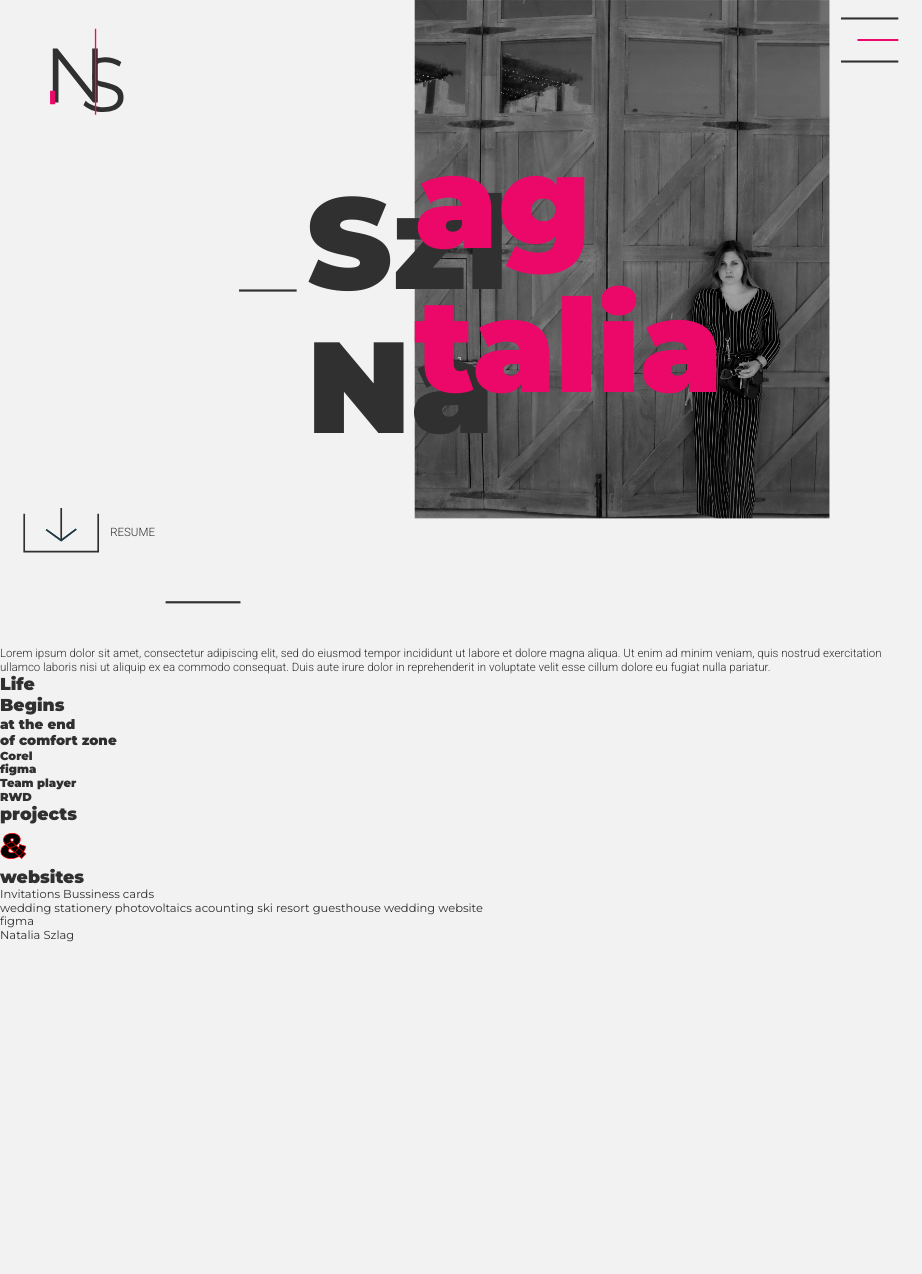
Repository: nataliaszlag/portfolio3
Page: index.html
An editor plug-in stored every save of this project. The page is shown before and after the next save, followed by the edit.
The browser window is 1280 px wide. The pictures show the whole page, at 72% of full size.
The style sheet was rebuilt from its Sass, Less or Tailwind sources for each picture, by a compiler version that may differ from the author's.

Above is the page before, as saved 2020-09-26 20:18:29.

### index.html
<!DOCTYPE html>
<html lang="en">
<head>
    <meta charset="UTF-8">
    <meta name="viewport" content="width=device-width, initial-scale=1.0">
    <title>Portfolio</title>
    <link rel="stylesheet" href="/css/style.css">
    <link href="https://fonts.googleapis.com/css2?family=Montserrat:wght@300;400;600;900&family=Roboto:wght@300&display=swap" rel="stylesheet">
<body>
    <img><img class="hero-img"src="/img/img-hero.JPG" alt="zdj"><h1 class="h1-name-2 clr-prim">ag<br>talia</h1></div>
    <header class="hero">
        <nav>
            <logo class="logo">
                <svg width="202" height="202" viewBox="0 0 202 202" fill="none" xmlns="http://www.w3.org/2000/svg">
                    <path d="M111.707 131.661C106.15 131.661 100.822 130.771 95.7284 128.989C90.6331 127.207 86.6957 124.857 83.9163 121.934L87.0156 115.841C89.7232 118.549 93.3219 120.742 97.8117 122.416C102.302 124.091 106.933 124.927 111.707 124.927C118.407 124.927 123.43 123.699 126.779 121.239C130.128 118.781 131.805 115.592 131.805 111.673C131.805 108.68 130.895 106.292 129.078 104.511C127.26 102.729 125.035 101.357 122.397 100.396C119.76 99.4333 116.091 98.3831 111.387 97.2422C78.7372 90.0157 110.659 55.7886 98.6857 58.3337C92.9473 59.5532 105.322 55.7647 113.312 55.5543C117.586 55.4414 121.773 56.1427 125.871 57.3177C129.969 58.4945 133.513 60.116 136.506 62.1821L133.835 68.4884C130.7 66.4223 127.351 64.8726 123.786 63.8395C120.223 62.8047 116.732 62.3344 113.312 62.2882C95.5796 62.0521 91.8988 81.0702 103.104 87.2483C105.649 88.6525 109.535 89.2614 114.167 90.4023C119.654 91.7552 124.089 93.091 127.474 94.4098C130.859 95.7285 133.727 97.7228 136.079 100.396C138.431 103.068 139.607 106.684 139.607 111.245C139.607 115.022 138.591 118.46 136.561 121.561C134.529 124.66 131.411 127.118 127.207 128.936C123.003 130.753 117.837 131.661 111.707 131.661Z" fill="#303030"/>
                    <path d="M103.826 43.3881V118.212H97.3055L49.2035 57.4973V118.212H41.2945V43.3881H47.8146L96.0226 104.103V43.3881H103.826Z" fill="#303030"/>
                    <path fill-rule="evenodd" clip-rule="evenodd" d="M99.789 135.296V16.0728H101.621V135.296H99.789Z" fill="#EC0868"/>
                    <path fill-rule="evenodd" clip-rule="evenodd" d="M37.5521 120.721L37.5538 101.949L44.6315 101.956V120.726L37.5521 120.721Z" fill="#EC0868"/>
                    </svg>


            </logo>
            <ul class="navbar">
                <svg class="hamburger"width="80" height="63" viewBox="0 0 80 63" fill="none" xmlns="http://www.w3.org/2000/svg">
                    <g  class="line-menu-1"><line y1="1.5" x2="80" y2="1.5" stroke="#303030" stroke-width="3"/></g>
                    <g class="line-menu-2"><line y1="61.5" x2="80" y2="61.5" stroke="#303030" stroke-width="3"/></g>
                    <line x1="23" y1="31.5" x2="80" y2="31.5" stroke="#EC0868" stroke-width="3"/>
                    </svg>

                <li class="nav-list"><a href ="#">ABOUT</a></li>
                <li class="nav-list"><a href ="#">PORTFOLIO</a></li>
                <li class="nav-list"><a href ="#">CONTACT</a></li>
            </ul>
        </nav>
        <div class="flex">
            <div class="line-1"></div>
            <h1 class="h1-name">Szl<br>Na</h1>
        </div>
        <div class="resume">
            <icon class="resume-icon">
                <svg width="106" height="63" viewBox="0 0 106 63" fill="none" xmlns="http://www.w3.org/2000/svg">
                    <path d="M1.60553 8.5282V61.0716H104.395V8.5282" stroke="#303030" stroke-width="2.36" stroke-miterlimit="22.9256"/>
                    <path d="M53 0.473083V45.5269" stroke="#303030" stroke-width="2.36" stroke-miterlimit="22.9256"/>
                    <path d="M32.1326 30.6015L52.9999 45.5269L73.8673 29.8981" stroke="#00A0E3" stroke-width="2.36" stroke-miterlimit="22.9256"/>
                    <path d="M32.1326 30.6015L52.9999 45.5269L73.8673 29.8981" stroke="#303030" stroke-width="2.36" stroke-miterlimit="22.9256"/>
                    </svg>
            </icon>
            <p class="resume-p">RESUME</p>
            <div class="line-2"></div>
        </div>
    </header>
    <main>
        <article class="main-page">

            <div class="arrow">
                <svg>
                </svg>
            </div>
    </article>
        <article class="about">
            <div class="about-flex">
                <p class="about-p">
                    Lorem ipsum dolor sit amet, consectetur adipiscing elit, sed do eiusmod tempor incididunt ut labore et dolore magna aliqua. Ut enim ad minim veniam, quis nostrud exercitation ullamco laboris nisi ut aliquip ex ea commodo consequat. Duis aute irure dolor in reprehenderit in voluptate velit esse cillum dolore eu fugiat nulla pariatur.
                </p>
        </div>
            <div class="about-flex">
                <h2 class="about-primary">Life</h2>
                <h2 class="about-secondary">Begins</h2>
                <h3 class="about-terciary">at the end<br>of comfort zone</h3>
        </div>
            <div class="about-flex">
                <div class="vector"></div>
        </div>
            <div class="about-flex">
                <h4 class="stat">Corel</h4>
                <div class="stat-bar">
                <div class="bar"></div>
                <div class="bar"></div>
                <div class="bar"></div>
                <div class="bar"></div>
                <div class="bar"></div>
            </div>
            <h4 class="stat">figma</h4>
                <div class="stat-bar">
                <div class="bar-1"></div>
                <div class="bar-2"></div>
                <div class="bar-3"></div>
                <div class="bar-4"></div>
                <div class="bar-5"></div>
            </div>
            <h4 class="stat">Team player</h4>
                <div class="stat-bar">
                <div class="bar-1"></div>
                <div class="bar-2"></div>
                <div class="bar-3"></div>
                <div class="bar-4"></div>
                <div class="bar-5"></div>
            </div>
            <h4 class="stat">RWD</h4>
                <div class="stat-bar">
                <div class="bar-1"></div>
                <div class="bar-2"></div>
                <div class="bar-3"></div>
                <div class="bar-4"></div>
                <div class="bar-5"></div>
            </div>
        </div>
    </article>

    <article class="portfolio">
        <h2 class="portfolio-primary">projects<br></h2>
        <h2 class="portfolio-ampersand">&</h2>
        <h2 class="portfolio-secondary">websites</h2>

        <div class="projects-flex">
            <div class="project-gallery">
                <a href="https://www.kraftdesign.pl" target="_blank" class="link">Invitations</a>
                <a href="#gallery" class="link">Bussiness cards</a>
            </div>
            <div class="project-links">
                <a href="https://www.kraftdesign.pl" target="_blank" class="link">wedding stationery</a>
                <a href="https://www.cellinstalacje.pl" class="link" target="_blank" >photovoltaics</a>
                <a href="https://www.cellsksiegowosc.pl" class="link" target="_blank">acounting</a>
                <a href="https://www.masterski.pl" class="link" target="_blank">ski resort</a>
                <a href="https://www.tylicznoclegi.pl" class="link" target="_blank">guesthouse</a>
                <a href="https://www.pobieramysie.info" class="link" target="_blank">wedding website</a>
            </div>
            <div class="project-display">
                figma
            </div>
        </div>
    </article>

    <article class="contact">
        <div class="square">
            <div class="socials">
                <div class="social-info"></div>
                <div class="social-info"></div>
            </div>
            <div class="svg-animate">Natalia Szlag</div>
        </div>

        <div class="square bg-cover">
            <div class="social-sq">
                <svg class="social-ico">insta</svg>
            </div>
            <div class="social-sq">
                <svg class="social-ico">facebook</svg>
            </div>
            <div class="social-sq">
                <svg class="social-ico">pinterest</svg>
            </div>
        </div>
    </article>
    </main>
  </body>
</html>

### scss/style.scss
// ==========================================
// variables
// ==========================================

//font-var
$font-primary: 'Montserrat', sans-serif;
$font-secondary: 'roboto', sans-serif;
$font-spacing-primary: 10%;
$font-line-primary: 25pt;

//color-var
$clr-font: #303030;
$clr-bg: #f2f2f2;
$clr-accent: #ec0868;


// ============================================
// main style
// =======================================
*,
*:hover,
*:focus{
box-sizing: border-box;
color: $clr-font;
}

body{
    background-color: $clr-bg;
}

*{
    margin: 0;
    padding: 0;
    font-family: $font-primary;
    text-decoration: none;
}

.portfolio-ampersand{
    font-size: 48px;
    color: black;
    -webkit-text-stroke: 1px red;
}

.hero{
    min-height: 100%;
    height: 100vh;
    max-width: 95%;
    margin: auto;
}

.hero-img{
    object-fit: cover;
    top: 0;
    right: 10%;
    position: absolute;
    height: 100vh;
    width: 45%;
    z-index: -1;
}

.h1-name{
    display: inline-block;
    font-weight: 900;
    font-size: 180px;
    line-height: 200px;
    padding-left: 10px;
    z-index: 3;
}


.h1-name-2{
    position: absolute;
    left: 45%;
    top:25%;
    display: inline-block;
    font-weight: 900;
    font-size: 180px;
    line-height: 200px;
    z-index: 3;
}

.clr-prim{
    color: $clr-accent;
}

.resume{
    margin-top: auto;
    display: flex;
    align-items: center;

    &-p{
        padding: 15px;
    }

    .line-2{
        display: inline-block;
    content:'';
    width: 104px;
    height: 200px;
    border-bottom: solid 3px $clr-font;
    }
}

.line-1{
    display: inline-block;
    content:'';
    width: 80px;
    height: 200px;
    border-top: solid 3px $clr-font;
    margin-left: 300px;
}

nav{
    margin-top: 5px;
    display: flex;
    justify-content: space-between;
    ul{
        display: block;
        list-style-type: none;
        text-align: right;
        li{
            opacity: 0;
            overflow: hidden;
            padding: 15px;
            transition: .2s ease-out;
        }
    }

    ul:hover > li{
        opacity: 1;
    }

    ul:hover .line-menu-1{
        transform: translateY(20px);
    }

    ul:hover .line-menu-2{
        transform: translateY(-20px);
    }
    }

li{
    transition: .2s ease-out;
}

li:hover{
    transform: scale(1.2);
    color: $clr-accent;
}

a{
    transition: .2s ease-out;
}

a:hover{
    color: $clr-accent;
}

.line-menu-1{
    transition: .2s ease-out;
}

.line-menu-2{
    transition: .2s ease-out;
}

p{
    font-family: $font-secondary;
}

After the next save:
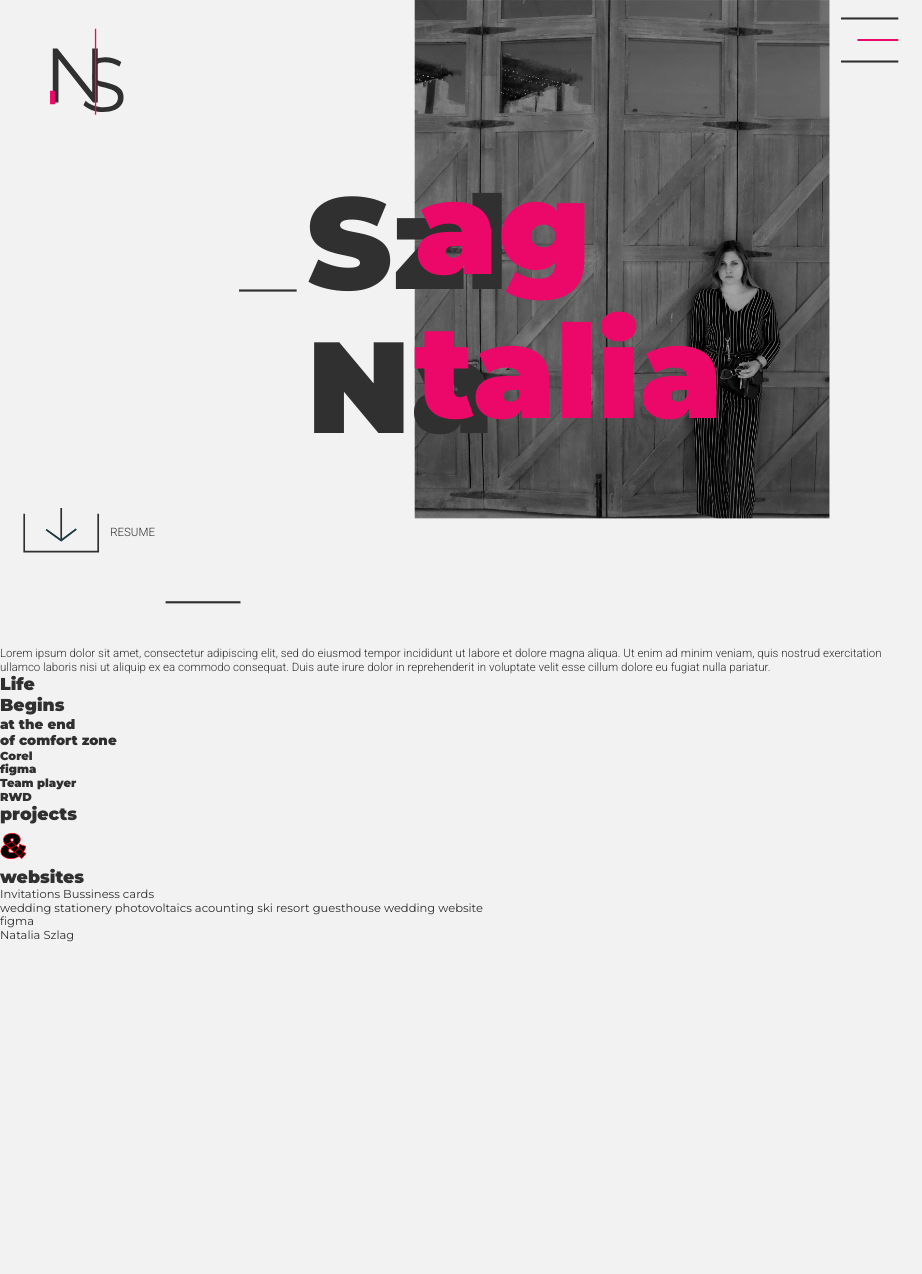
Saved 7 s later.
--- a/scss/style.scss
+++ b/scss/style.scss
@@ -71,7 +71,7 @@ body{
 .h1-name-2{
     position: absolute;
     left: 45%;
-    top:25%;
+    top:30%;
     display: inline-block;
     font-weight: 900;
     font-size: 180px;
